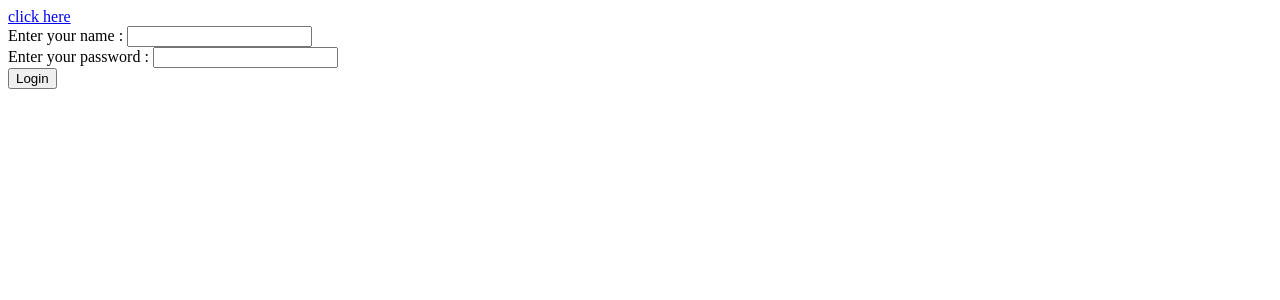
Repository: zeeshan495/AdvanceJava
Page: MyFirstServlet/WebContent/index.html
The author's editor kept a copy of each file at every save. The page is drawn from the files as they stood at one save, then again after the next save.
The browser window is 1280 px wide. The pictures show the whole page.

Above is the page before, as saved 2018-06-29 10:42:53.

### MyFirstServlet/WebContent/index.html
<!DOCTYPE html>
<html>
<head>
<meta charset="UTF-8">
<title>Administration Login</title>
</head>
<body>
<a href="servlet3">click here</a>
	<form action="servlet1" method="post">
	Enter your name : <input type="text" name="name"><br>
	Enter your password : <input type="password" name="pwd"><br>
		<input type="submit" value="Login">
	</form>
</body>
</html>

After the next save:
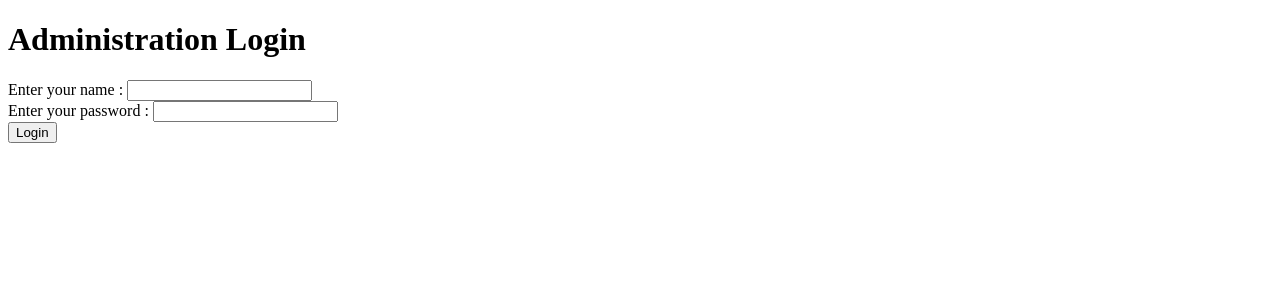
Saved 39 s later.
--- a/MyFirstServlet/WebContent/index.html
+++ b/MyFirstServlet/WebContent/index.html
@@ -5,7 +5,7 @@
 <title>Administration Login</title>
 </head>
 <body>
-<a href="servlet3">click here</a>
+<h1>Administration Login</h1>
 	<form action="servlet1" method="post">
 	Enter your name : <input type="text" name="name"><br>
 	Enter your password : <input type="password" name="pwd"><br>
